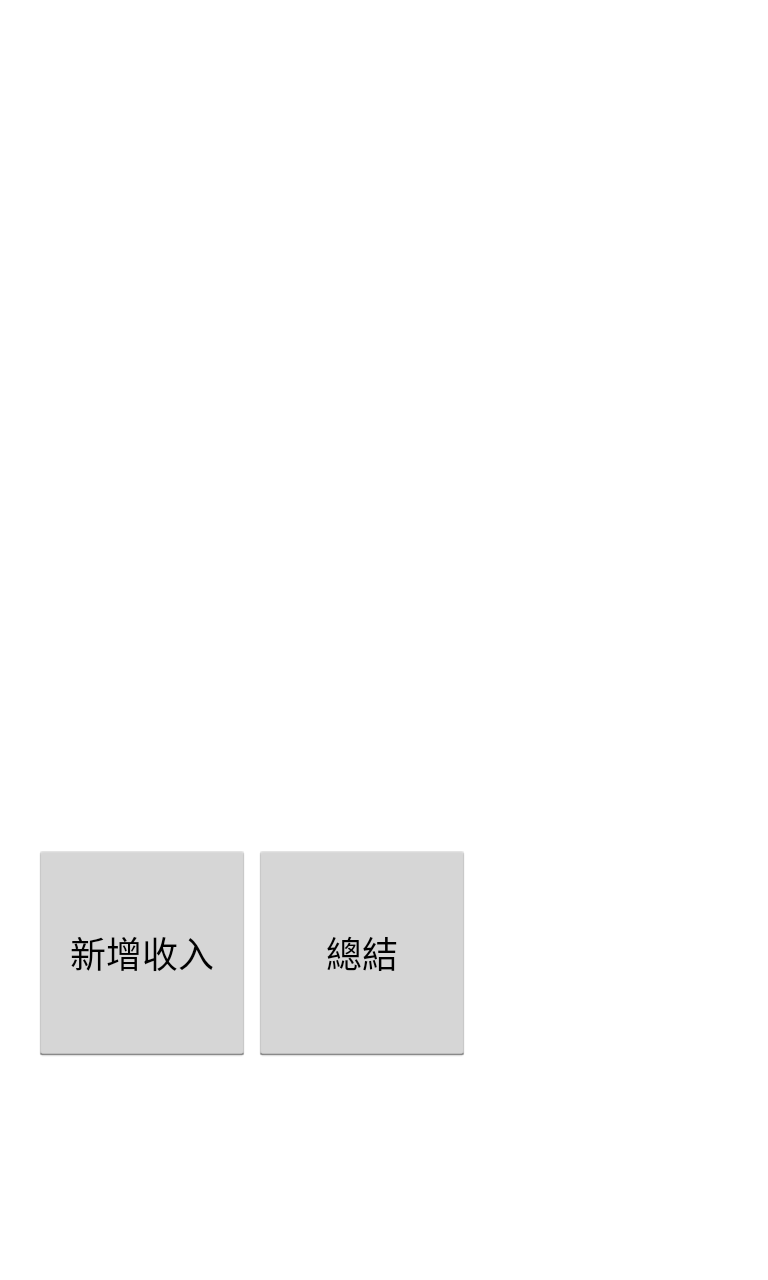
Repository: rayyrayy/Android-app-project
Layout: flashaccounting/easy money manager/res/layout/activity_main.xml
An editor plug-in stored every save of this project. The layout is shown before and after the next save, followed by the edit.
It is drawn on a 768 x 1280 px phone screen (xhdpi) without system bars, with theme AppTheme; the app's code is not run.

Above is the layout before, as saved 2014-10-29 06:11:55.

### flashaccounting/easy money manager/res/layout/activity_main.xml
<RelativeLayout xmlns:android="http://schemas.android.com/apk/res/android"
    xmlns:tools="http://schemas.android.com/tools"
    android:layout_width="fill_parent"
    android:layout_height="fill_parent"
    android:paddingBottom="@dimen/activity_vertical_margin"
    android:paddingLeft="@dimen/activity_horizontal_margin"
    android:paddingRight="@dimen/activity_horizontal_margin"
    android:paddingTop="@dimen/activity_vertical_margin"
    tools:context="com.example.easymoneymanager.MainActivity" >

    <LinearLayout
    android:layout_width="fill_parent"
   	android:layout_height="fill_parent"
	android:orientation="vertical">

   <LinearLayout
    android:layout_width="fill_parent"
   	android:layout_height="fill_parent"
   	android:layout_weight="3"
   	android:orientation="horizontal">

   	    <LinearLayout
    	android:layout_width="wrap_content"
   		android:layout_height="fill_parent"
   		android:layout_weight="1"
   		android:orientation="horizontal">

    		<Button
        	android:id="@+id/AddClass"
        	android:layout_width="fill_parent"
        	android:layout_height="fill_parent"
        	android:text="新增類別" />

		</LinearLayout>

   		<LinearLayout
       	android:layout_width="wrap_content"
   		android:layout_height="fill_parent"
   		android:layout_weight="1"
   		android:orientation="horizontal">

   		    <Button
        	android:id="@+id/button1"
        	android:layout_width="wrap_content"
        	android:layout_height="wrap_content"
        	android:onClick="querytable"
        	android:text="查詢類別" />

    	</LinearLayout>

   		<LinearLayout
       	android:layout_width="wrap_content"
   		android:layout_height="fill_parent"
   		android:layout_weight="1"
   		android:orientation="horizontal">

    		<Button
        	android:id="@+id/DelClass"
        	android:layout_width="wrap_content"
        	android:layout_height="wrap_content"
        	android:onClick="DelClass"
        	android:text="刪除類別" />

  	  	</LinearLayout>

	</LinearLayout>

   	<LinearLayout
    android:layout_width="fill_parent"
    android:layout_height="fill_parent"
   	android:layout_weight="1"
   	android:orientation="horizontal">

	    <GridLayout
  	      android:id="@+id/gridLayout1"
	      android:layout_width="wrap_content"
 	      android:layout_height="wrap_content"
 	      android:columnCount="3"
  	      android:orientation="horizontal"
  	      android:rowCount="3" >
 	   </GridLayout>

    </LinearLayout>


   	<LinearLayout
    android:layout_width="fill_parent"
    android:layout_height="fill_parent"
   	android:layout_weight="2"
   	android:orientation="horizontal">

  		<Button
        android:id="@+id/button3"
        android:layout_width="110dp"
        android:layout_height="110dp"
        android:text="新增收入" />

  		<Button
        android:id="@+id/button4"
        android:layout_width="110dp"
        android:layout_height="110dp"
        android:text="總結" />

    </LinearLayout>

   	</LinearLayout>
</RelativeLayout>

Loaded but not shown: flashaccounting/easy money manager/res/values/styles.xml (common file); flashaccounting/easy money manager/res/values-v11/styles.xml (common file); flashaccounting/easy money manager/res/values-v14/styles.xml (common file); flashaccounting/easy money manager/res/values/dimens.xml (common file); flashaccounting/easy money manager/res/values-w820dp/dimens.xml (common file)

After the next save:
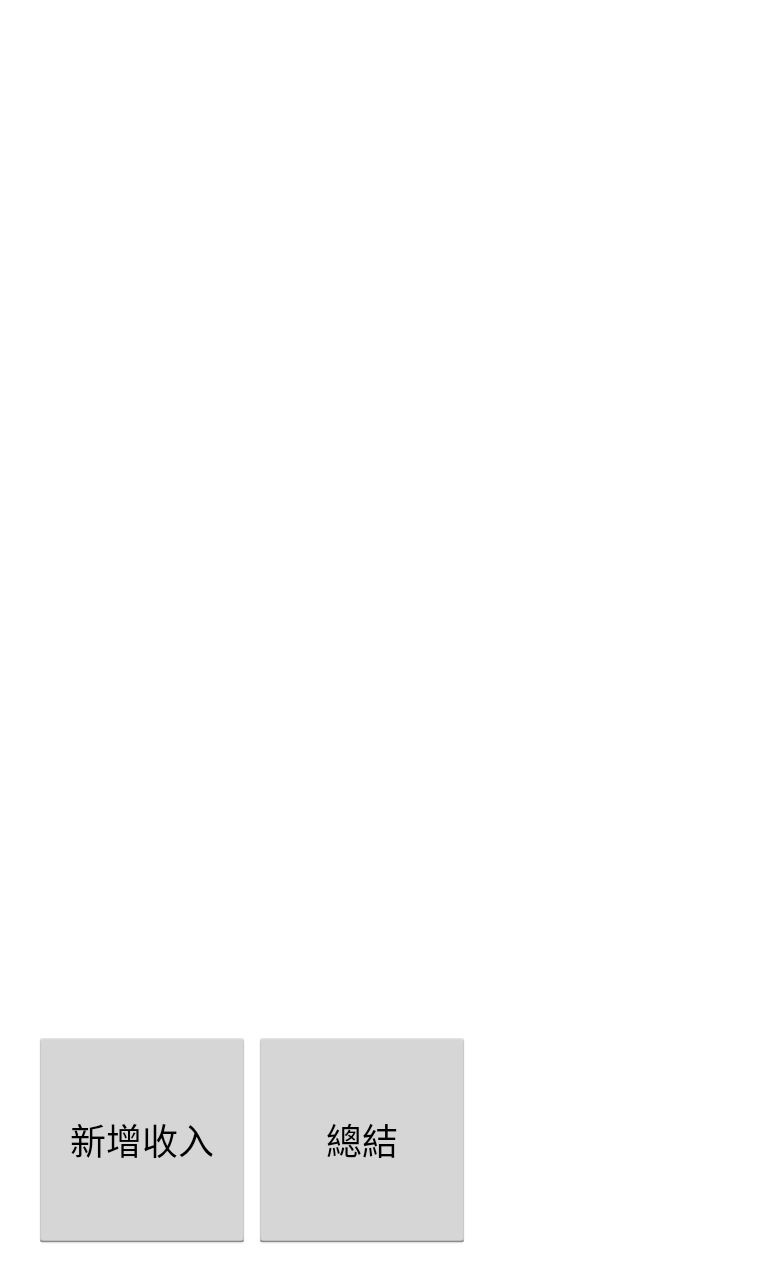
Saved 21 s later.
--- a/flashaccounting/easy money manager/res/layout/activity_main.xml
+++ b/flashaccounting/easy money manager/res/layout/activity_main.xml
@@ -15,7 +15,7 @@
 
    <LinearLayout
     android:layout_width="fill_parent"
-   	android:layout_height="fill_parent"
+   	android:layout_height="wrap_content"
    	android:layout_weight="3"
    	android:orientation="horizontal">
 
